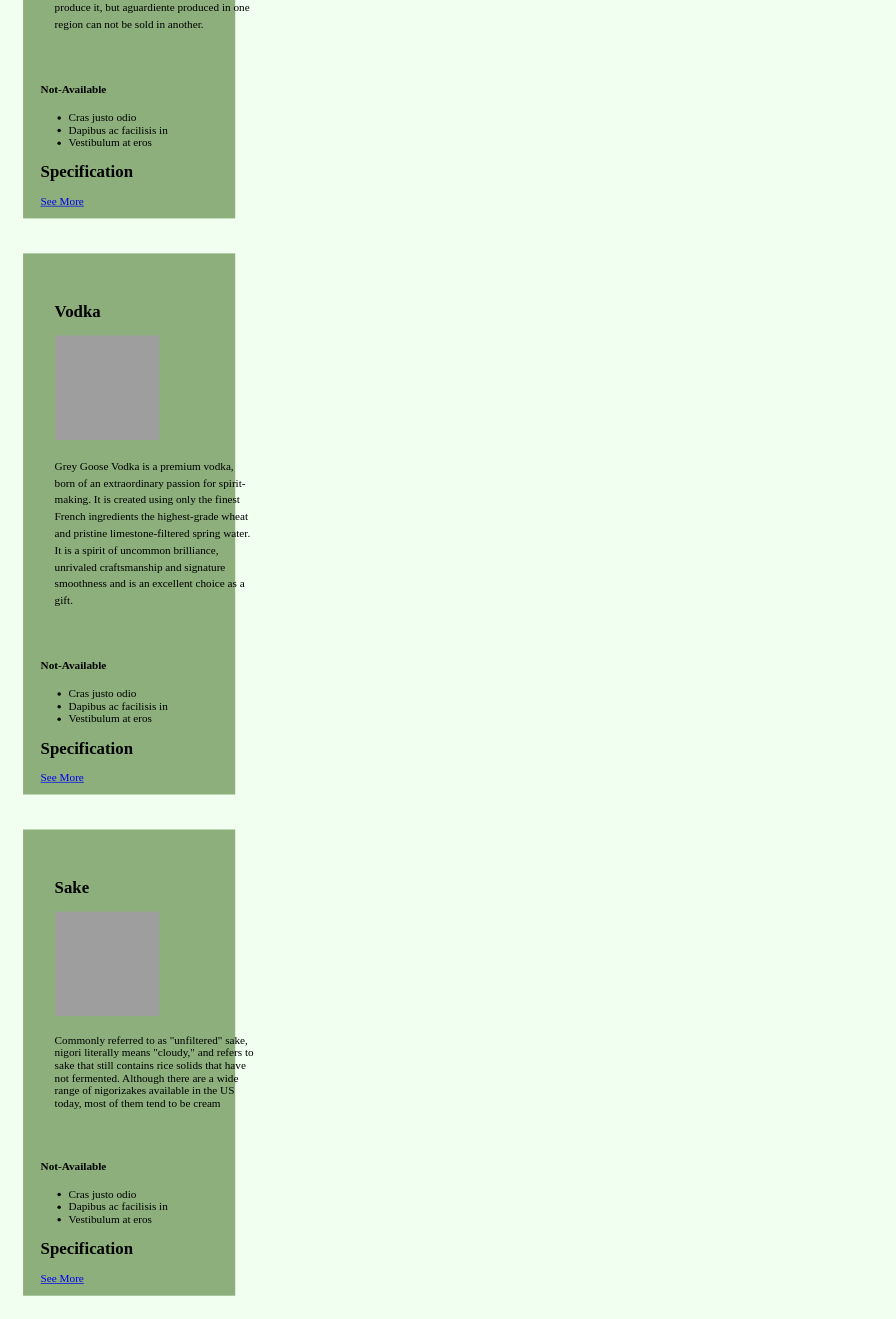
Repository: ZamlZam/REPO-11
Page: product-cards/index.html
These files come from the project's save history. The page is drawn as it stood at one moment and after a run of saves; the edit follows.
The browser window is 1280 px wide. The pictures show the part of the page from y = 2020 to 3940 px (the page is 3904 px tall before and 3940 px after), at 70% of full size.
Pictures or frames that could not be fetched are drawn as grey boxes.

Above is the page before, as saved 2023-04-14 20:39:43.

After the next 3 saves:
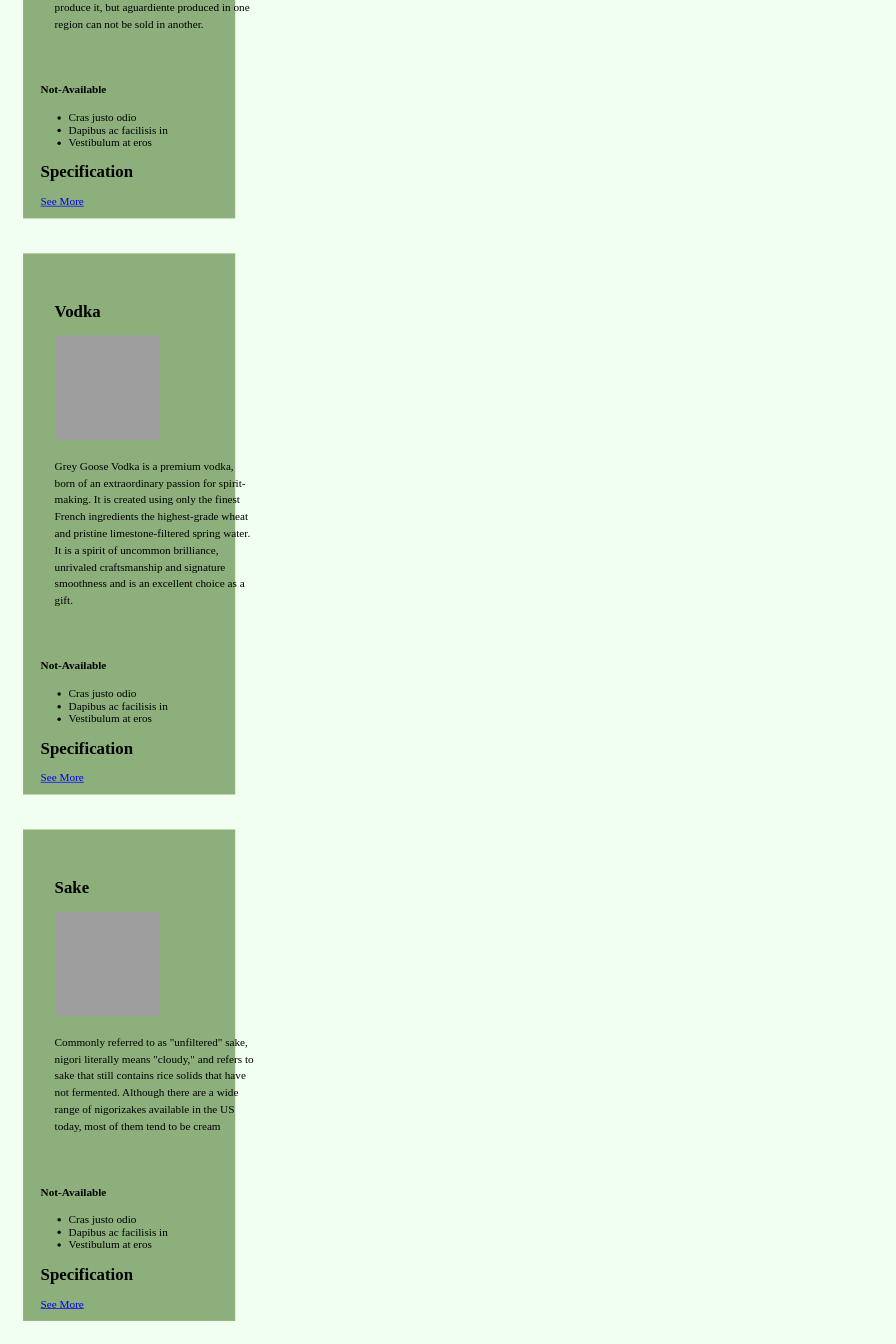
The 3 saves are shown as one change because they came seconds apart.
The last was saved 15 s later.
--- a/product-cards/main.css
+++ b/product-cards/main.css
@@ -246,8 +246,8 @@
   align-items: center;
 }
 
-.card-wrap4 .card4 .card-body4{
-  font-style: 14px;
-  line-height: 24px;
-  color:black;
-}
+.card-wrap5 .card5 .card-body5{
+  font-style: 14px;
+  line-height: 24px;
+  color:black;
+}
